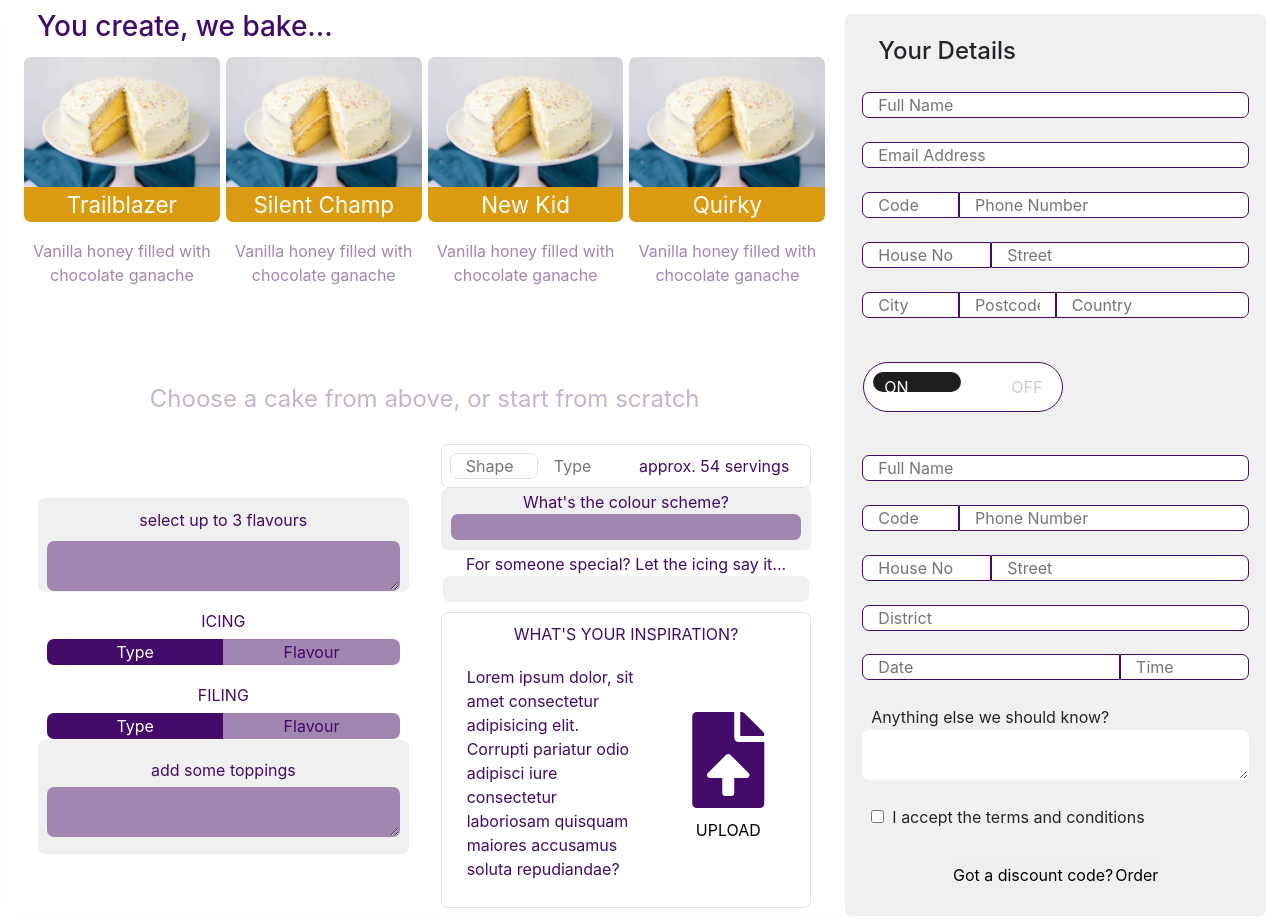
Repository: I-Alpha/BakeryOrderForm
Page: Order-Page.html
These files come from the project's save history. The page is drawn as it stood at one moment and after a run of saves; the edit follows.
The browser window is 1280 px wide. The pictures show the whole page.
The first `body span.switcher.switcher-1 input` is checked.

Above is the page before, as saved 2020-12-29 04:54:30.

### Order-Page.html
<!DOCTYPE html>
<html lang="en">

<head>
    <meta charset="UTF-8">
    <meta name="viewport" content="width=device-width, initial-scale=1.0">
    <link rel="stylesheet" href="https://use.fontawesome.com/releases/v5.7.0/css/all.css"
        integrity="sha384-lZN37f5QGtY3VHgisS14W3ExzMWZxybE1SJSEsQp9S+oqd12jhcu+A56Ebc1zFSJ" crossorigin="anonymous">
    <link href="https://stackpath.bootstrapcdn.com/bootstrap/4.5.2/css/bootstrap.min.css" rel="stylesheet">
    <script src="https://ajax.googleapis.com/ajax/libs/jquery/3.5.1/jquery.min.js"></script>
    <script src="https://stackpath.bootstrapcdn.com/bootstrap/4.5.2/js/bootstrap.bundle.min.js"></script>
    <title>Document</title>
    <style>
        :root {
            --primary-font: 1.6rem;
            --cake-font-size: 1.4rem;
            --secondary-font: 1rem;
            --primary-colour: #430a69ff;
            --secondary-colour: #a186b1ff;
            --text-faded: #c3b5ce;
            --background-faded: rgb(240, 240, 240);
        }

        * {
            border: 1px solid rgba(0, 0, 0, 0.002);
            border-radius: 7px;
            box-sizing: border-box;
            margin: 0;
            padding: 0;
        }

        html {
            font-size: 1rem;
        }

        html,
        body,
        .container-fluid {
            width: 100%;
            background-color: white;
        }

        body span.switcher {
            position: relative;
            width: 200px;
            height: 50px;
            border-radius: 25px;
            margin: 20px 0;
        }

        body span.switcher input {
            -webkit-appearance: none;
            -moz-appearance: none;
            appearance: none;
            position: relative;
            width: 200px;
            height: 50px;
            border-radius: 25px;
            background-color: #1E1E1E;
        }

        body span.switcher input:before,
        body span.switcher input:after {
            z-index: 2;
            position: absolute;
            top: 50%;
            transform: translateY(-50%);
            color: #FFFFFF;
        }

        body span.switcher input:before {
            content: "ON";
            left: 20px;
        }

        body span.switcher input:after {
            content: "OFF";
            right: 20px;
        }

        body span.switcher label {
            z-index: 1;
            position: absolute;
            top: 10px;
            bottom: 10px;
            border-radius: 20px;
        }

        body span.switcher.switcher-1 input {
            transition: 0.25s -0.1s;
        }

        body span.switcher.switcher-1 input:checked {
            background-color: #FFFFFF;
        }

        body span.switcher.switcher-1 input:checked:before {
            color: #FFFFFF;
            transition: color 0.5s 0.2s;
        }

        body span.switcher.switcher-1 input:checked:after {
            color: #CCCCCC;
            transition: color 0.5s;
        }

        body span.switcher.switcher-1 input:checked+label {
            left: 10px;
            right: 100px;
            background: #1E1E1E;
            transition: left 0.5s, right 0.4s 0.2s;
        }

        body span.switcher.switcher-1 input:not(:checked) {
            background: #1E1E1E;
            transition: background 0.5s -0.1s;
        }

        body span.switcher.switcher-1 input:not(:checked):before {
            color: #CCCCCC;
            transition: color 0.5s;
        }

        body span.switcher.switcher-1 input:not(:checked):after {
            color: #1E1E1E;
            transition: color 0.5s 0.2s;
        }

        body span.switcher.switcher-1 input:not(:checked)+label {
            left: 100px;
            right: 10px;
            background: #FFFFFF;
            transition: left 0.4s 0.2s, right 0.5s, background 0.35s -0.1s;
        }


        #sec2-label {
            color: var(--text-faded);
            font-size: 1.5rem;

        }

        .purple_font {
            color: #430a69ff;
        }

        .light_purple_font {
            color: #a186b1ff;
        }

        .light_purple_background {
            background-color: #a186b1ff;
        }


        .purple_background {
            background-color: #430a69ff;
        }

        .textfaded {
            color: var(--text-faded);
        }

        .background_faded {
            background-color: var(--background-faded);
        }

        .buttergold {
            background-color: #da9b0eff
        }

        .input-group {}

        .pull-up {
            top: -50%;
        }

        .split-row-1 {
            height: 100%;
        }

        .split-row-2 {
            height: 50%;
        }

        #main_col_1 * {}

        #main_col_1 {}

        #main_col_2 * {}

        #main_col_2 {
            background-color: rgb(240, 240, 240);
            height: auto;
            justify-content: center;
            padding: 5px 5px;
        }

        #main_col_2 div.input-group {
            padding-top: 5px;
            padding-bottom: 5px;
        }

        #main_col_2 input {
            border: 1px solid var(--primary-colour);
        }


        #main_col_1 .input-group,
        #main_col_2 .input-group {}

        .col-8,
        .col-4 {}

        #deliveryBtn.active {
            background-color: var(--primary-colour);
            color: var(--primary-colour);
        }

        #collectionBtn.active {
            background-color: var(--primary-colour);
            color: var(--primary-colour);
        }

        #collectionBtn,
        #deliveryBtn {
            border-radius: 30px;
            border: 1px solid var(--primary-colour);
            display: inline-block;

        }

        #collectionBtn {}

        #deliveryBtn {}


        #deliveryBtn {
            background-color: white;
        }

        #collectionBtn {
            background-color: white;
            border: 1px solid var(--primary-colour);
        }



        #cake-image-container p:nth-child(2) {
            background-color: #da9b10;
            color: white;
            border-top-left-radius: 0;
            border-top-right-radius: 0;
        }

        #cake-image-container {
            padding: 0;
            margin: 0;
        }

        div#cake-image-container p:nth-child(3) {
            color: var(--secondary-colour);
        }

        #cake-image-container>div {
            font-size: var(--secondary-font);
            border-radius: 15px 15px 15px 15px;
            min-height: 100px;
            min-width: 140px;
        }

        .left-curve {
            border-top-right-radius: 0;
            border-bottom-right-radius: 0;
        }

        .right-curve {
            border-top-left-radius: 0;
            border-bottom-left-radius: 0;
        }

        #cake-image-container div * {}

        #cake-image-container div img {
            border-bottom-left-radius: 0;
            border-bottom-right-radius: 0;
            min-height: 120px;
        }

        #cake-image-container p {
            display: flex;
            text-align: center;
            justify-content: center;
            align-items: center;
        }

        p {}

        div.h3 {
            text-align: center;
        }

        .input-group {
            display: flex;
        }

        .switch6 {
            max-width: 17em;
            margin: 0 auto;
        }

        .switch6-light>span,
        .switch-toggle>span {
            color: #000000;
        }

        .switch6-light span span,
        .switch6-light label,
        .switch-toggle span span,
        .switch-toggle label {
            color: #2b2b2b;
        }

        .switch-toggle a,
        .switch6-light span span {
            display: none;
        }

        .switch6-light {
            display: block;
            height: 30px;
            position: relative;
            overflow: visible;
            padding: 0px;
            margin-left: 0px;
        }

        .switch6-light * {
            box-sizing: border-box;
        }

        .switch6-light a {
            display: block;
            transition: all 0.3s ease-out 0s;
        }

        .switch6-light label,
        .switch6-light>span {
            line-height: 30px;
            vertical-align: middle;
        }

        .switch6-light label {
            font-weight: 700;
            margin-bottom: px;
            max-width: 100%;
        }

        .switch6-light input:focus~a,
        .switch6-light input:focus+label {
            outline: 1px dotted rgb(136, 136, 136);
        }

        .switch6-light input {
            position: absolute;
            opacity: 0;
            z-index: 5;
        }

        .switch6-light input:checked~a {
            right: 0%;
        }

        .switch6-light>span {
            position: absolute;
            left: -100px;
            width: 100%;
            margin: 0px;
            padding-right: 100px;
            text-align: left;
        }

        .switch6-light>span span {
            position: absolute;
            top: 0px;
            left: 0px;
            z-index: 5;
            display: block;
            width: 50%;
            margin-left: 100px;
            text-align: center;
        }

        .switch6-light>span span:last-child {
            left: 50%;
        }

        .switch6-light a {
            position: absolute;
            right: 50%;
            top: 0px;
            z-index: 4;
            display: block;
            width: 50%;
            height: 100%;
            padding: 0px;
        }

        /* Extra small devices (portrait phones, less than 576px)
         No media query since this is the default in Bootstrap */

        /* Small devices (landscape phones, 576px and up) */
        @media (min-width: 576px) {
            html {}

            #main_col_1 {
                justify-content: space-around;
                align-items: space-around;
                padding: 15px;
            }

            #main_col_2 {
                padding: 15px;
                max-width: 89%;
            }

            div.h3 {
                width: 100%;
                text-align: start;
            }


            #cake-image-container>div {
                width: 150px;
                font-size: var(--secondary-font);
                border-radius: 15px 15px 15px 15px;
                min-height: 300px;
                padding: 20px 15px 10px 15px;

            }
        }

        /* Medium devices (tablets, 768px and up) */
        @media (min-width: 768px) {

            #main_col_1 {
                min-height: 100vh;
                justify-content: center;
                align-items: center;
            }

            html {}

            body {
                align-items: center;
                justify-content: center;
                padding: 10px 10px 0 0px;
            }

            #cake-image-container p:nth-child(2) {
                background-color: #da9b10;
                font-size: var(--cake-font-size);
                color: white;
                border-top-left-radius: 0;
                border-top-right-radius: 0;
            }

            div.h3 {
                text-align: none;
                margin-top: -10px;
                padding-top: 0px;
            }
        }

        /* Large devices (desktops, 992px and up) */
        @media (min-width: 992px) {
            #cake-image-container>div {
                min-width: 140px;
                padding: 2px;
            }

            #collectionBtn,
            #deliveryBtn {
                border-radius: 30px;
                border: 1px solid var(--primary-colour);
                display: inline-block;
                height: 2rem;
                padding-top: 0;
                line-height: 1rem;
                padding-bottom: 3px;
            }

            #main_col_2 {
                height: 100%;
                align-items: space-around;
                justify-content: space-around;
            }
        }



        /* Extra large devices (large desktops, 1200px and up) */
        @media (min-width: 1200px) {}
    </style>
</head>

<body>
    <div class="container-fluid d-flex">
        <div class="row justify-content-center align-items-start">
            <div id="main_col_1"
                class=" d-flex flex-column col-12 col-sm-12 col-md-12 col-lg-8 purple_font py-1 justify-content-center align-items-center ">
                <div class="h3 w-100 px-3">You create, we bake...</div>
                <div id="cake-image-container"
                    class="row d-flex justify-content-between text-center container-fluid px-0">
                    <div class="d-flex flex-column col-6 col-sm-6 col-md-3 col-lg-3 ">
                        <img src="Assets\baked-yellow-cake.jpg" class="img-fluid" alt="Responsive image">
                        <p>Trailblazer</p>
                        <p>Vanilla honey filled with chocolate ganache</p>
                    </div>
                    <div class="d-flex flex-column col-6 col-sm-6 col-md-3 col-lg-3">
                        <img src="Assets\baked-yellow-cake.jpg" class="img-fluid" alt="Responsive image">
                        <p class="">Silent Champ</p>
                        <p>Vanilla honey filled with chocolate ganache</p>
                    </div>
                    <div class="d-flex flex-column col-6 col-sm-6 col-md-3 col-lg-3">
                        <img src="Assets\baked-yellow-cake.jpg" class="img-fluid" alt="Responsive image">
                        <p>New Kid</p>
                        <p>Vanilla honey filled with chocolate ganache</p>
                    </div>
                    <div class="d-flex flex-column col-6 col-sm-6 col-md-3 col-lg-3">
                        <img src="Assets\baked-yellow-cake.jpg" class="img-fluid" alt="Responsive image">
                        <p>Quirky</p>
                        <p>Vanilla honey filled with chocolate ganache</p>
                    </div>
                </div>
                <div class="col-12 col-sm-12 col-md-12 flex flex-column justify-content-center align-items-center"
                    style="justify-content:center;">
                    <div id="sec2-label" class="py-4 text-center">Choose a cake from above, or start from scratch</div>
                    <div class="row">
                        <div
                            class="col-12 col-sm-12 col-md-6 justify-content-center d-flex flex-column align-items-center">
                            <div class="row d-flex flex-column input-group background_faded px-2 ">
                                <p class="mb-2 mt-2 text-center">select up to 3 flavours</p>
                                <textarea class="w-100 light_purple_background"></textarea>
                            </div>
                            <p class="mb-1 mt-3">ICING</p>
                            <div class="row input-group px-2" style="justify-content:center;">
                                <input class="input col-6 w-100 purple_background text-center left-curve"
                                    style="color:white;" value="Type"><input
                                    class="input col-6 w-100 light_purple_background text-center right-curve"
                                    style="color:var(--primary-colour);" value="Flavour">
                            </div>
                            <p class="mb-1 mt-3">FILING</p>
                            <div class="row input-group px-2" style="justify-content:center;">
                                <input class="input col-6 w-100 purple_background text-center left-curve"
                                    style="color:white;" value="Type"><input
                                    class="input col-6 w-100 light_purple_background text-center right-curve"
                                    style="color:var(--primary-colour);" value="Flavour">
                            </div>
                            <div
                                class="row d-flex flex-column input-group background_faded align-items-center pb-3 px-2">
                                <p class="mb-1 mt-3">add some toppings</p>
                                <textarea class="w-100 light_purple_background"></textarea>
                            </div>
                        </div>
                        <div class="col d-flex flex-column justify-content-between align-items-around">
                            <div class="row-lg-1 input-group d-flex align-items-start justify-content-center border my-0 w-100 pt-2 px-2"
                                style="height:auto">
                                <input class="input w-100 border col-3" placeholder="Shape">
                                <input class="input w-100 col-3 " placeholder="Type">
                                <label
                                    class="col-6 p-0 text-center d-flex w-100 justify-content-center align-items-center">approx.
                                    54 servings</label>
                            </div>
                            <div class="input-group justify-content-center row-lg-3 background_faded px-2">
                                <label class="text-center w-100"> What's the colour scheme?
                                    <input class="input w-100 light_purple_background">
                                </label>
                            </div>
                            <div class="input-group w-100 justify-content-center align-items-around row-lg-3">
                                <label class="text-center w-100 ">For someone special? Let the icing say it...
                                    <input class="input w-100 background_faded">
                                </label>
                            </div>
                            <div class="input-group row-lg-5 d-flex flex-column align-items-center border py-2 px-2">
                                <p class="row-lg-1 ">WHAT'S YOUR INSPIRATION?</p>
                                <div class="row-lg-11 input-group d-flex">
                                    <p class="col-7">Lorem ipsum dolor, sit amet consectetur adipisicing elit.
                                        Corrupti pariatur odio adipisci iure consectetur laboriosam quisquam maiores
                                        accusamus soluta repudiandae?</p>
                                    <label class="col-5 d-flex justify-content-center flex-column align-items-center">
                                        <i class="row fas fa-file-upload" style="font-size: 6rem;"></i>
                                        <button style="background:white" class="row mt-2">UPLOAD</button>
                                    </label>
                                </div>
                            </div>
                        </div>
                    </div>
                </div>
            </div>
            <div id="main_col_2"
                class="col-12 col-sm-12 col-md-12 col-lg-4 d-flex flex-column align-items-center justify-content-around">
                <div class="h4 w-100 px-3">Your Details</div>
                <div class="input-group">
                    <input class="col " placeholder="Full Name">
                </div>
                <div class="input-group">
                    <input class="col" placeholder="Email Address">
                </div>
                <div class="input-group">
                    <input class="col-3 left-curve" placeholder="Code"><input class="col-9 right-curve"
                        placeholder="Phone Number">
                </div>
                <div class="input-group">
                    <input class="col-4 left-curve" placeholder="House No"><input class="col-8 right-curve"
                        placeholder="Street">
                </div>
                <div class="input-group">
                    <input class="col-3 left-curve" placeholder="City">
                    <input class="col-3" style="border-radius: 0%;" placeholder="Postcode">
                    <input class="col-6 right-curve" placeholder="Country">
                </div>
                <div class="input-group d-flex">
                    <span class="switcher switcher-1">
                        <input type="checkbox" id="switcher-1">
                        <label for="switcher-1"></label>
                    </span>
                </div>
                <div class="input-group">
                    <input class="col" placeholder="Full Name">
                </div>
                <div class="input-group">
                    <input class="col-3 left-curve" placeholder="Code"><input class="col-9 right-curve"
                        placeholder="Phone Number">
                </div>
                <div class="input-group">
                    <input class="col-4 left-curve" placeholder="House No"><input class="col-8 right-curve"
                        placeholder="Street">
                </div>
                <div class="input-group">
                    <input class="col" placeholder="District">
                </div>
                <div class="input-group">
                    <input class="col-8 left-curve" placeholder="Date"><input class="col-4 right-curve"
                        placeholder="Time">
                </div>
                <div class="input-group">
                    <p class=" mb-0 pl-2">Anything else we should know?</p>
                    <textarea class="input-fluid   w-100 "></textarea>
                </div>
                <div class="input-group">
                    <label for="tc_Check">
                        <input id="tc_Check" type="checkbox" class="input mx-2">I accept the terms and conditions
                    </label>
                </div>
                <div class="row input-group justify-content-center ">
                    <button>Got a discount code?</button>
                    <button>Order</button>
                </div>
            </div>
        </div>
    </div>
    <script>
        $('.btn-toggle').click(function () {

            $(this).find('.btn').toggleClass('active');

            if ($(this).find('.btn-primary').size() > 0) {
                $(this).find('.btn').toggleClass('btn-primary');
            }
            if ($(this).find('.btn-default').size() > 0) {
                $(this).find('.btn').toggleClass('btn-default');
            }
            if ($(this).find('.btn-success').size() > 0) {
                $(this).find('.btn').toggleClass('btn-success');
            }
            if ($(this).find('.btn-info').size() > 0) {
                $(this).find('.btn').toggleClass('btn-info');
            }
            $(this).find('.btn').toggleClass('btn-default');

        });
    </script>
</body>

</html>

After the next 4 saves:
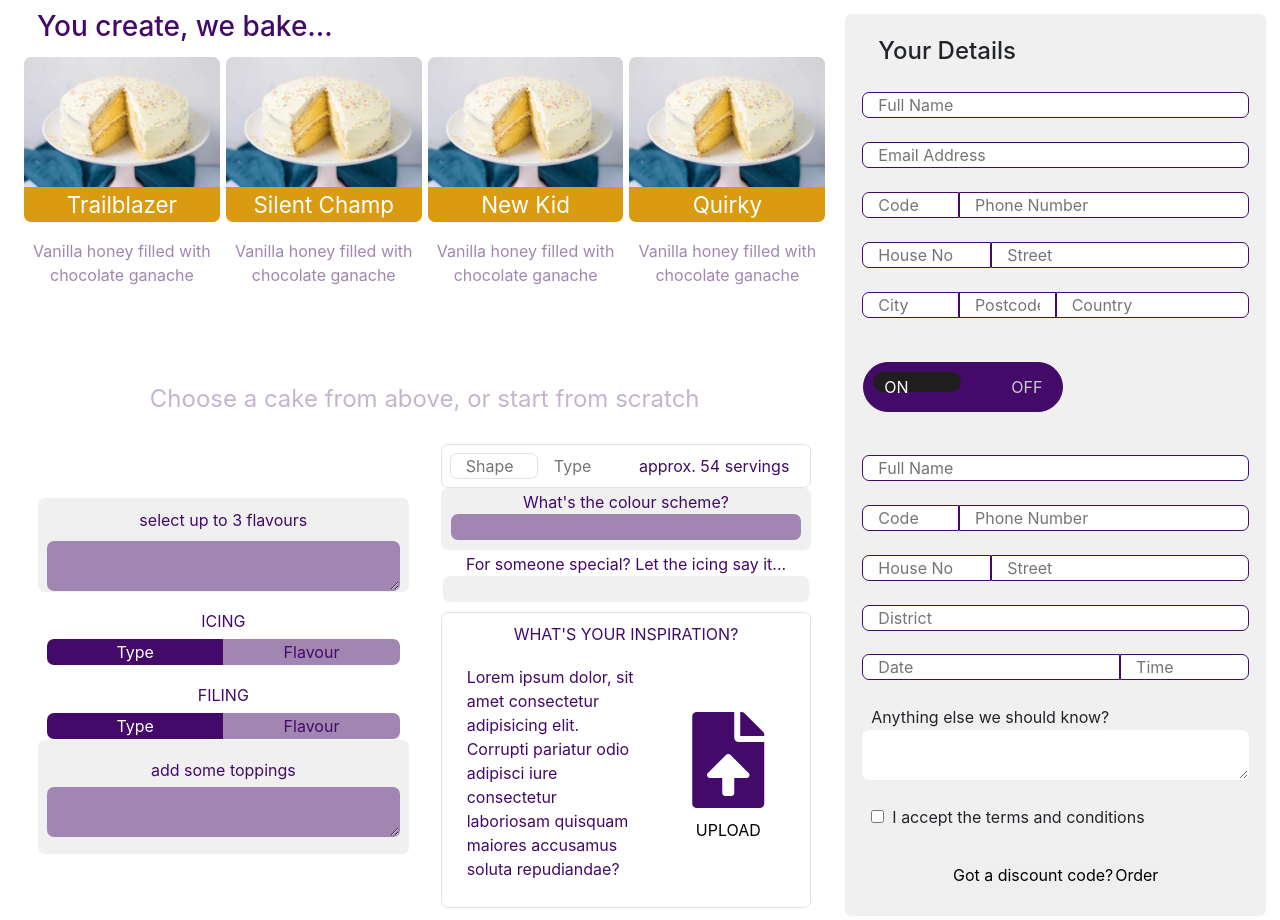
The 4 saves are shown as one change because they came seconds apart.
The last was saved 15 s later.
--- a/Order-Page.html
+++ b/Order-Page.html
@@ -91,7 +91,7 @@
         }
 
         body span.switcher.switcher-1 input:checked {
-            background-color: #FFFFFF;
+            background-color: var(--primary-colour);
         }
 
         body span.switcher.switcher-1 input:checked:before {
